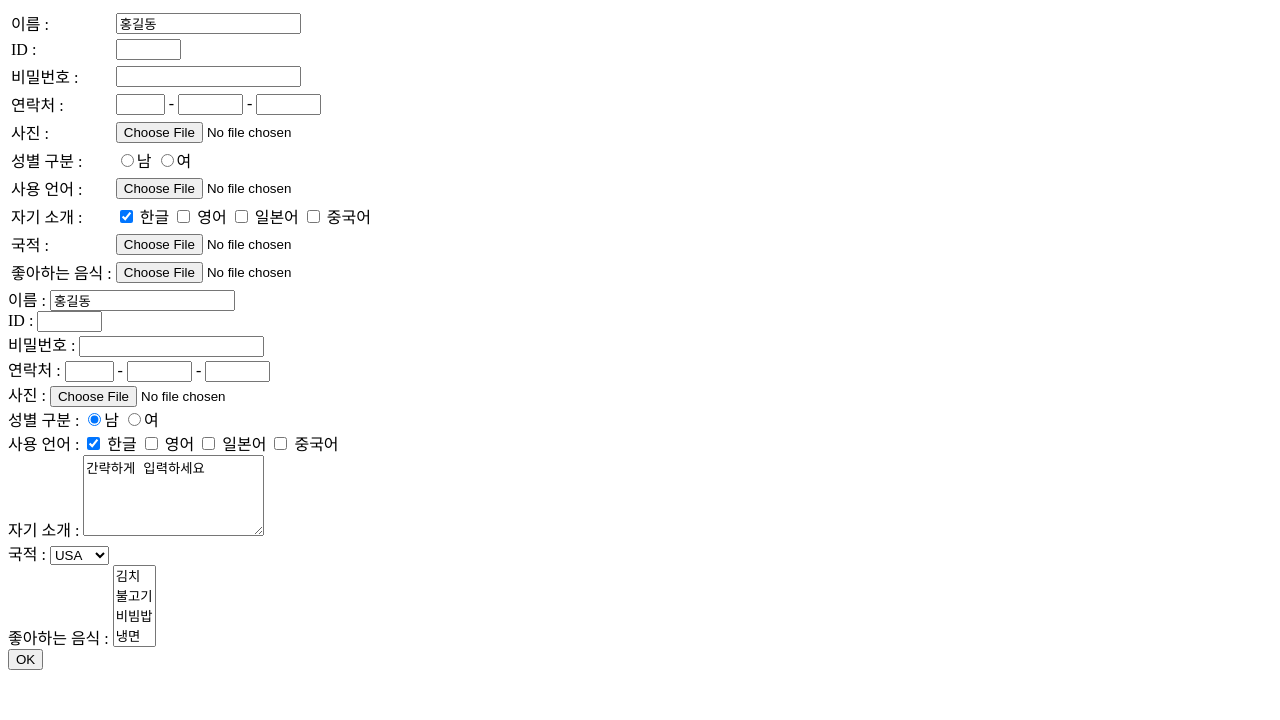
Repository: HyeogDo/Study_Java
Page: JSP/HTML/src/main/webapp/Lec07.html
An editor plug-in stored every save of this project. The page is shown before and after the next save, followed by the edit.
The browser window is 1280 px wide. The pictures show the whole page.

Above is the page before, as saved 2022-03-15 05:34:27.

After the next save:
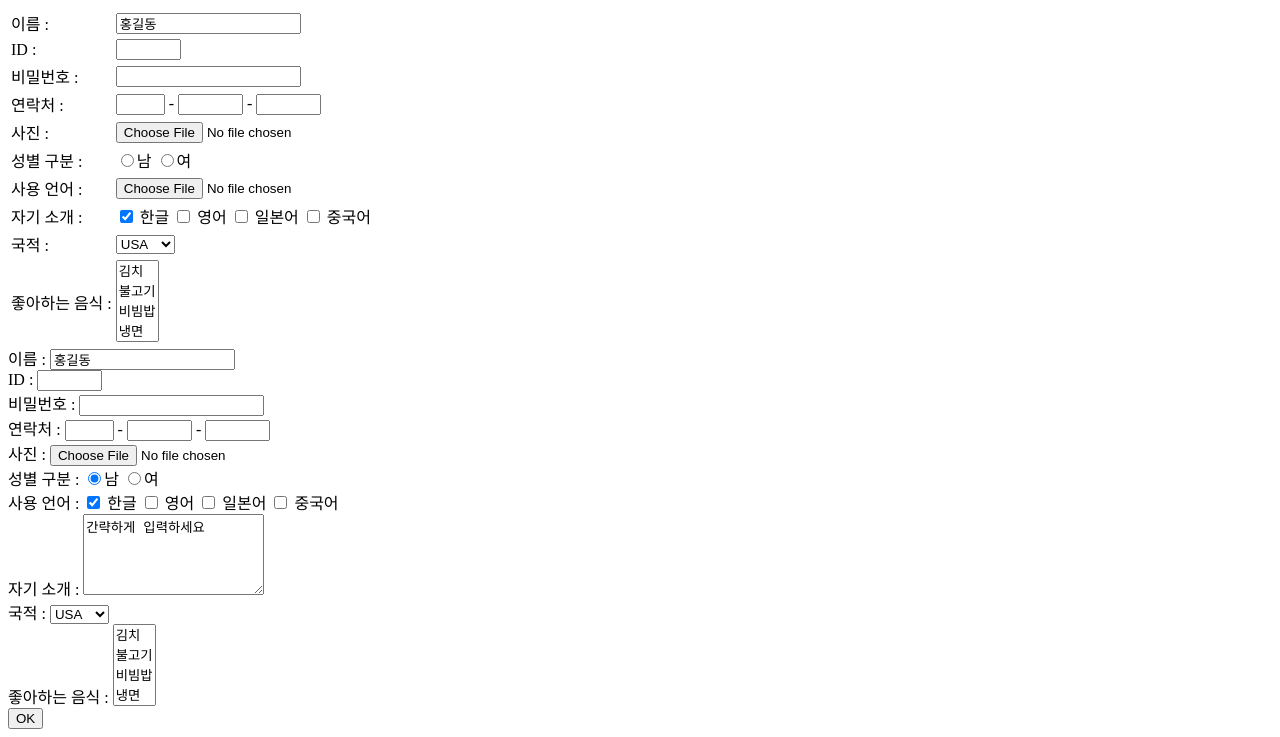
Saved 63 s later.
--- a/JSP/HTML/src/main/webapp/Lec07.html
+++ b/JSP/HTML/src/main/webapp/Lec07.html
@@ -45,11 +45,25 @@
 				</tr>
 				<tr>
 					<td>국적 : </td>
-					<td> <input type="file" name="picture"></td>
+					<td> <select name="nationality">
+							<option>Korea</option>
+							<option selected="selected">USA</option>
+							<option>Japan</option>
+							<option>China</option>
+						</select>
+					</td>
 				</tr>
 				<tr>
 					<td>좋아하는 음식 : </td>
-					<td> <input type="file" name="picture"></td>
+					<td> <select name="food" multiple="multiple">
+							<option>김치</option>
+							<option>불고기</option>
+							<option>비빔밥</option>
+							<option>냉면</option>
+							<option>순대</option>
+							<option>파전</option>
+						</select>
+					</td>
 				</tr>
 			</table>
 			이름 : <input type="text" name="userName" value="홍길동"><br>
